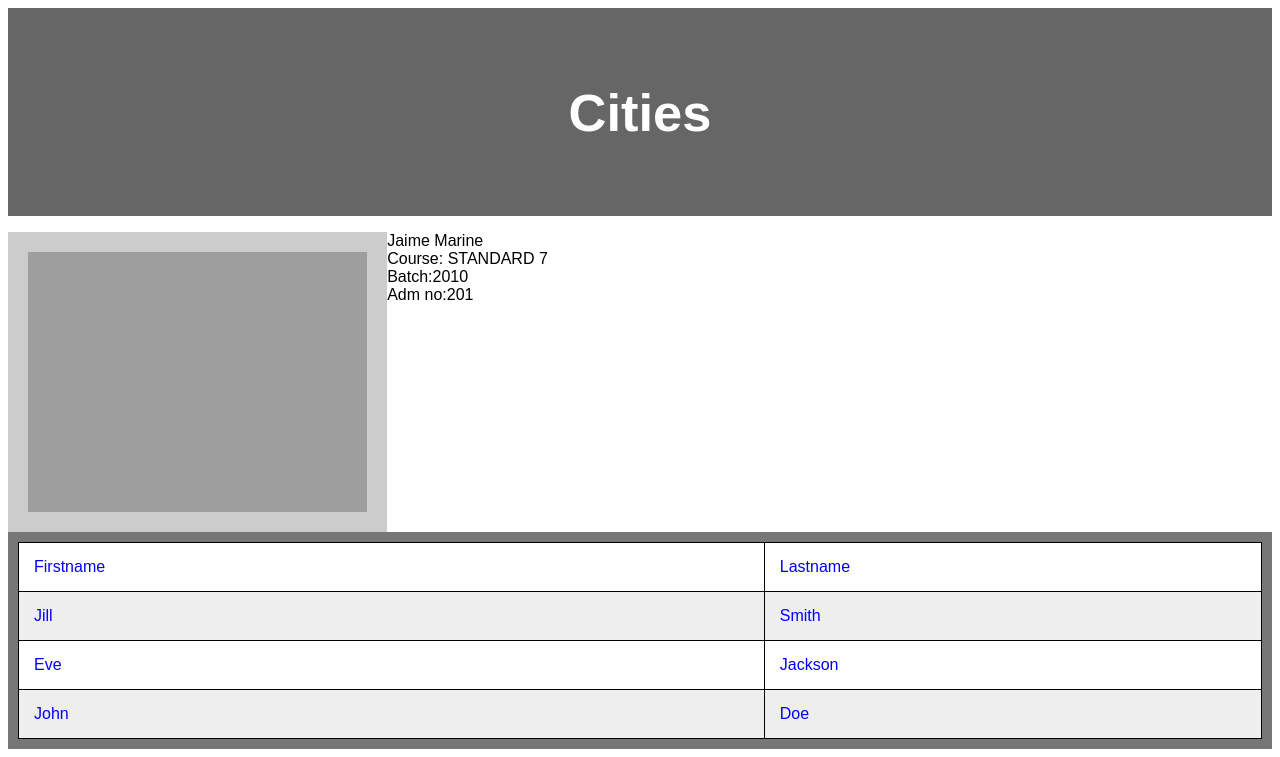
Repository: sandunigayanjali/Library_System
Page: http://localhost/library_management/studentProfile2.jsp
The author's editor kept a copy of each file at every save. The page is drawn from the files as they stood at one save, then again after the next save.
The browser window is 1280 px wide. The pictures show the whole page.
Pictures or frames that could not be fetched are drawn as grey boxes. The page is served by Tomcat 9.

Above is the page before, as saved 2018-11-23 15:49:10.

After the next save:
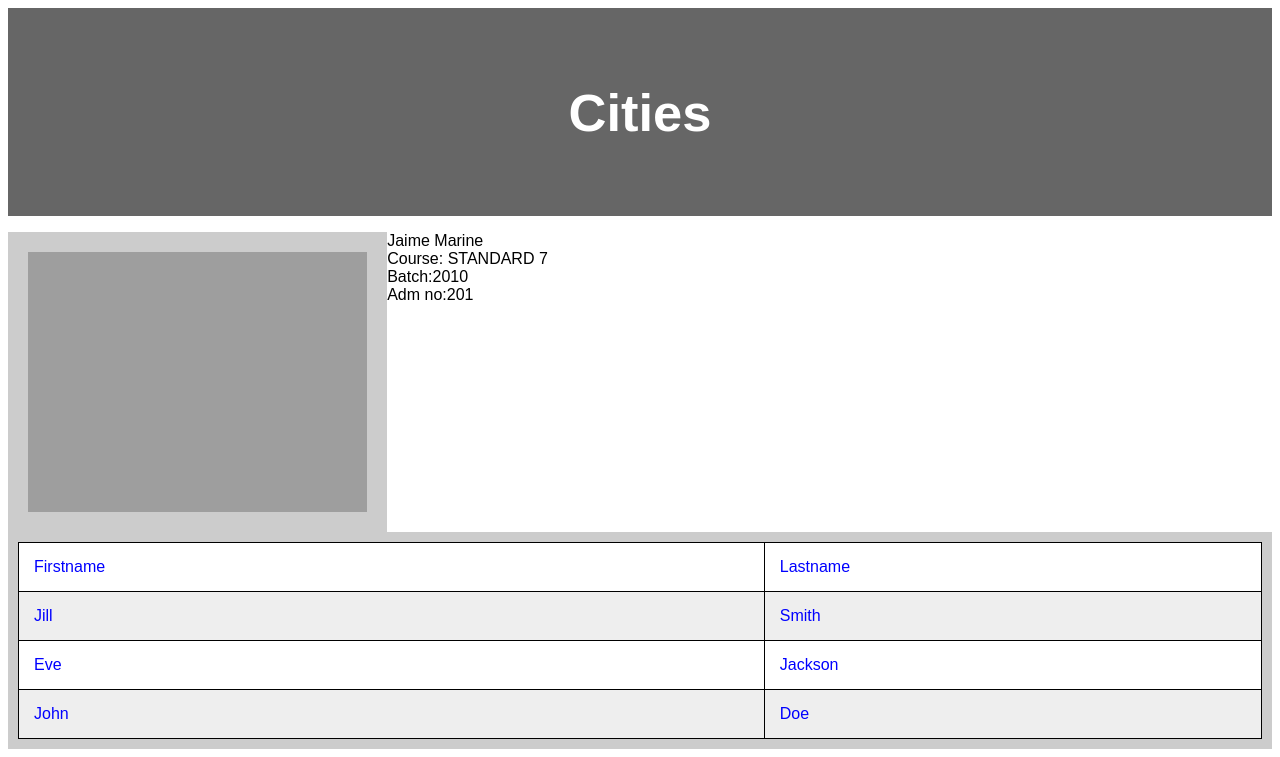
Saved 101 s later.
--- a/library management/WebContent/studentProfile2.jsp
+++ b/library management/WebContent/studentProfile2.jsp
@@ -44,7 +44,7 @@ article {
     float: left;
     padding: 20px;
     width: 70%;
-    background-color: #f1f1f1;
+    background-color: #ccc;
     height: 300px; /* only for demonstration, should be removed */
 }
 
@@ -57,7 +57,7 @@ section:after {
 
 /* Style the footer */
 footer {
-    background-color: #777;
+    background-color: #ccc;
     padding: 10px;
     text-align: center;
     color: white;
